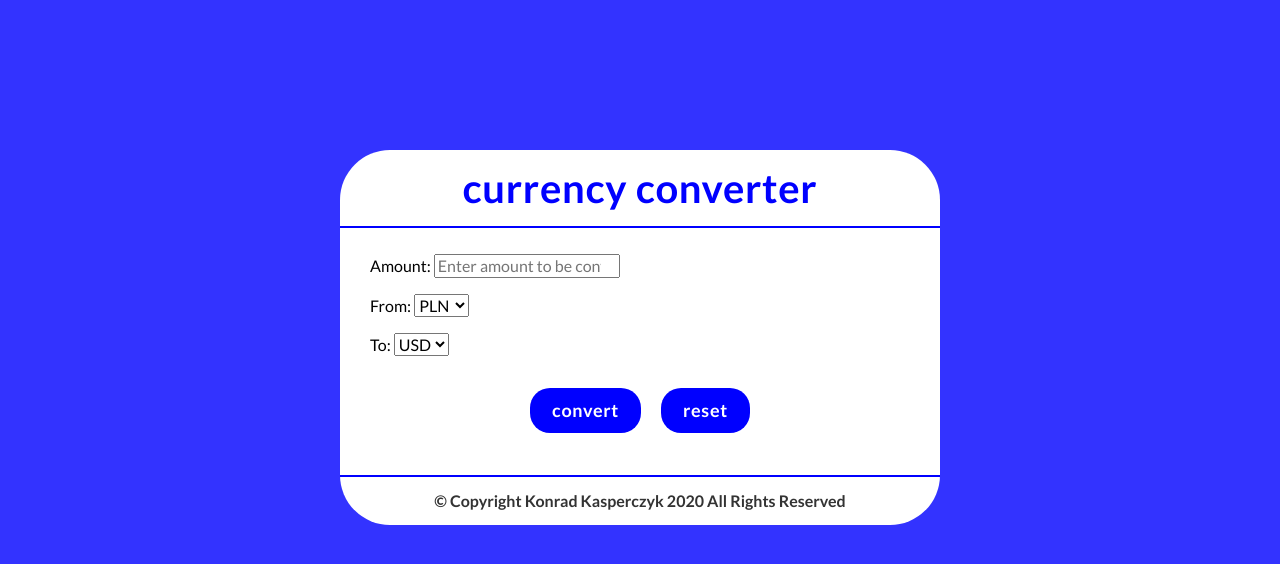
Repository: kkasperczyk/currency-converter
Page: index.html
An editor plug-in stored every save of this project. The page is shown before and after a run of saves, followed by the edit.
The browser window is 1280 px wide. The pictures show the whole page.

Above is the page before, as saved 2020-06-16 10:01:25.
Console error: SyntaxError: Unexpected end of input

### index.html
<!DOCTYPE html>
<html lang="en">

<head>
    <meta charset="UTF-8">
    <meta name="viewport" content="width=device-width, initial-scale=1.0">
    <link rel="stylesheet" href="https://cdnjs.cloudflare.com/ajax/libs/normalize/8.0.1/normalize.min.css"
        integrity="sha256-l85OmPOjvil/SOvVt3HnSSjzF1TUMyT9eV0c2BzEGzU=" crossorigin="anonymous" />
    <link rel="stylesheet" href="css/global.css">
    <link rel="stylesheet" href="css/container.css">
    <link rel="stylesheet" href="css/header.css">
    <link rel="stylesheet" href="css/main.css">
    <link rel="stylesheet" href="css/form.css">
    <link rel="stylesheet" href="css/footer.css">
    <script defer src="js/script.js"></script>
    <link href="https://fonts.googleapis.com/css2?family=Lato:ital,wght@0,400;0,700;1,400&display=swap"
        rel="stylesheet">
    <title>Currency Converter</title>
</head>

<body>
    <div class="container">
        <header class="header">
            <h1 class="header__title">Currency Converter
        </header>
        <main class="main">
            <form class="form">
                <p>
                    <label>
                        Amount:
                        <input class="form__amount js-form__amount" type="number" name="amount" min="1" step="any" required
                            placeholder="Enter amount to be converted">
                    </label>
                </p>
                <p>
                    <label>
                        From:
                        <select required>
                            <option class="js-convertFrom">PLN</option>
                            <option class="js-convertFrom">USD</option>
                            <option class="js-convertFrom">GBP</option>
                        </select>
                    </label>
                </p>
                <p>
                    <label>
                        To:
                        <select required>
                            <option class="js-convertTo">USD</option>
                            <option class="js-convertTo">GBP</option>
                            <option class="js-convertTo">PLN</option>
                        </select>
                    </label>
                </p>
                <div class="form__buttons">
                    <p>
                        <button class="form__button">Convert</button>
                    </p>
                    <p>
                        <button class="form__button" type="reset">Reset</button>
                    </p>
                </div>
            </form>
            <p class="js-convertedValue">

            </p>
        </main>
        <footer class="footer">
            <span>&copy Copyright Konrad Kasperczyk 2020 All Rights Reserved</span>
        </footer>
    </div>
</body>

</html>

### css/global.css
html {
  box-sizing: border-box;
}

*,
::after,
::before {
  box-sizing: inherit;
}

body {
  font-family: "Lato", sans-serif;
  background-color: hsl(240, 100%, 60%);
}

### css/container.css
.container {
    max-width: 600px;
    margin: 0 auto;
    background-color: white;
    border-radius: 50px;
    margin-top: 150px;
}

### css/header.css
.header {
    text-align: center;
    border-bottom: 2px solid hsl(240, 100%, 50%);
}

.header__title {
    color: hsl(240, 100%, 50%);
    padding: 15px;
    font-size: 40px;
    letter-spacing: 0.7px;
    margin: 0;
    text-transform: lowercase;
}

### css/main.css
.main {
    background-color: white;
    padding: 10px 30px;
}

### css/form.css
.form__buttons {
    display: flex;
    justify-content: center;
}

.form__button {
    margin: 0 10px;
    background-color: hsl(240, 100%, 50%);
    color: white;
    padding: 10px 20px;
    text-transform: lowercase;
    font-size: 18px;
    font-weight: bold;
    letter-spacing: 0.7px;
    border: 2px solid transparent;
    border-radius: 20px;
}

.form__button:hover {
    background-color: white;
    color: hsl(240, 100%, 50%);
    border: 2px solid hsl(240, 100%, 50%);
    cursor: pointer;
}

### css/footer.css
.footer {
    text-align: center;
    border-top: 2px solid hsl(240, 100%, 50%);
    color: #333;
    font-weight: bold;
    padding: 15px;
}

### js/script.js
console.log("Hi all developers! Nice to see you here.");

let amount = document.querySelector(".js-form__amount");
let convertFrom = document.querySelector(".js-convertFrom");
let convertTo = document.querySelector(".js-convertTo");
let convertedValue = document.querySelector(".js-convertedValue");

amount.focus();

if (convertFrom.value === "PLN" & convertTo.value ==="USD")

After the next 2 saves:
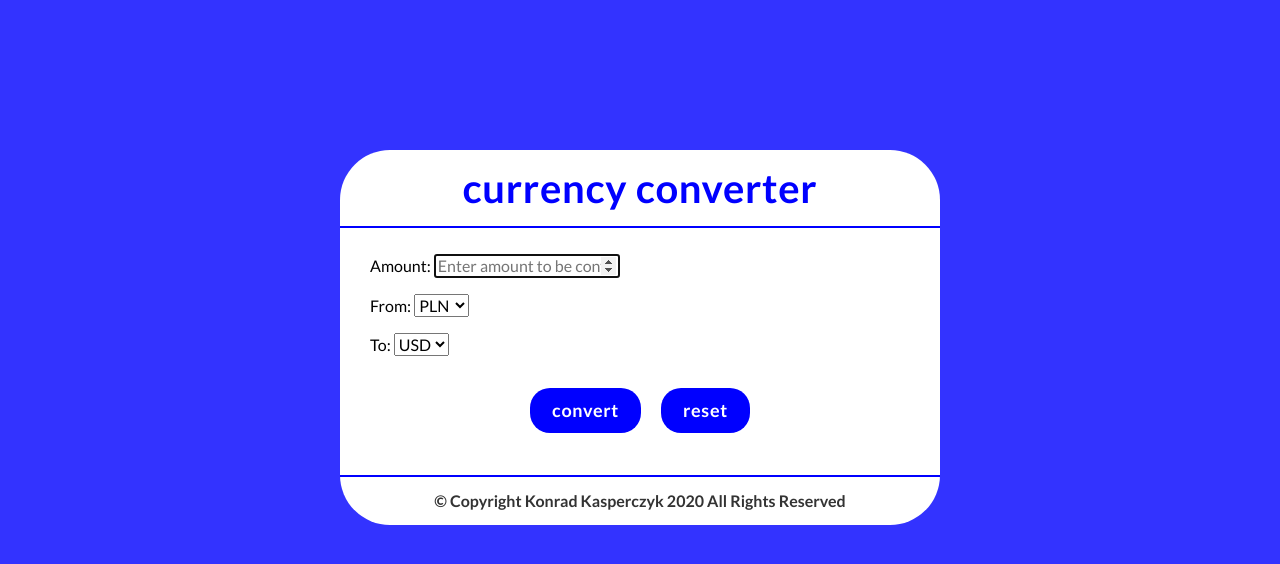
The error is gone.
The 2 saves are shown as one change because they came seconds apart.
The last was saved 5 s later.
--- a/js/script.js
+++ b/js/script.js
@@ -7,4 +7,5 @@ let convertedValue = document.querySelector(".js-convertedValue");
 
 amount.focus();
 
-if (convertFrom.value === "PLN" & convertTo.value ==="USD")
+if ((convertFrom.value === "PLN") & (convertTo.value === "USD")) {
+}
